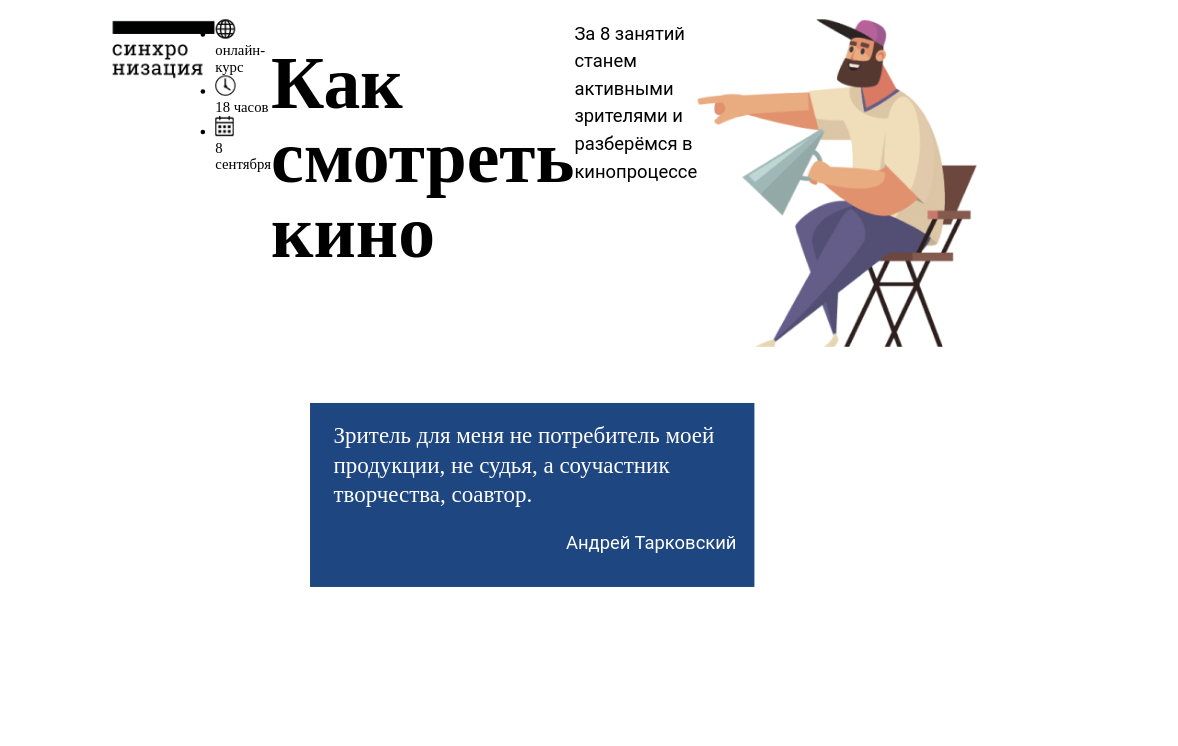
Repository: PoladEziz/Task-8
Page: index.html
These files come from the project's save history. The page is drawn as it stood at one moment and after a run of saves; the edit follows.
The browser window is 1280 px wide. The pictures show the whole page, at 92% of full size.

Above is the page before, as saved 2023-05-25 16:23:22.

### index.html
<!DOCTYPE html>
<html lang="en">

<head>
    <meta charset="UTF-8">
    <meta http-equiv="X-UA-Compatible" content="IE=edge">
    <meta name="viewport" content="width=device-width, initial-scale=1.0">
    <title>Document</title>
    <link rel="stylesheet" href="index.css">
</head>

<body>
    <div class="main">
        <div class="top">
            <img class="logo" src="logo_mobile_black 1.png" alt="Logo photo">
            <ul>
                <li><img src="globe.png" alt=""><p>онлайн-курс</p></li>
                <li><img src="img_135744.png" alt=""><p>18 часов </p></li>
                <li><img src="calendar_2.png" alt=""><p>8 сентября</p></li>
            </ul>
            <div class="collaj">
                <div class="text-container">

                </div>
            </div>
            <h1>Как смотреть кино</h1>
            <p class="text">За 8 занятий станем активными зрителями
                и разберёмся в кинопроцессе</p>

            <img src="noroot 1.png" alt="Photo">

        </div>

        <div class="bot">
            <div class="box">
                <p>Зритель для меня
                    не потребитель моей продукции, не судья, а соучастник творчества, соавтор. </p>
                <h1>Андрей Тарковский</h1>
            </div>
        </div>
    </div>
</body>

</html>

### index.css
* {
  padding: 0;
  margin: 0;
  box-sizing: border-box;
}

.main {
  width: 100%;
  min-height: 100vh;
  padding: 21px 246px 173px 122px;
  display: flex;
  flex-direction: column;
}

.top {
  width: 100%;
  display: flex;
  justify-content: space-between;
}

.bot {
  width: 100%;
  display: flex;
  justify-content: center;
  margin-top: 61px;
}

.box {
  width: 483px;
  height: 200px;
  background-color: #1e4681;
  padding: 19px 19px 26px 26px;
}

.box p {
  font-family: "Roboto Slab";
  font-style: normal;
  font-weight: 400;
  font-size: 25px;
  line-height: 130%;
  color: white;
}

.box h1 {
  font-family: "Roboto";
  font-style: normal;
  font-weight: 400;
  font-size: 20px;
  line-height: 130%;
  text-align: right;
  margin-top: 22px;
  color: white;
}

.box1 ul li {
  list-style-type: none;
  font-family: "Roboto";
  font-style: normal;
  font-weight: 400;
  font-size: 20px;
  line-height: 115%;
  display: flex;
  margin-right: 39px;
}

.logo {
  margin-bottom: 97px;
  width: 112px;
  height: 66px;
}

.box1 ul {
  display: flex;
  align-items: center;
}

.box1 ul li p {
  margin-left: 8px;
}

.top h1 {
  font-family: "Roboto Slab";
  font-style: normal;
  font-weight: 700;
  font-size: 80px;
  line-height: 101.38%;
  width: 567px;
  margin-top: 29px;
  margin-bottom: 26px;
}

.text {
  font-family: "Roboto";
  font-style: normal;
  font-weight: 400;
  font-size: 20px;
  line-height: 150%;
  width: 414px;
}

After the next 4 saves:
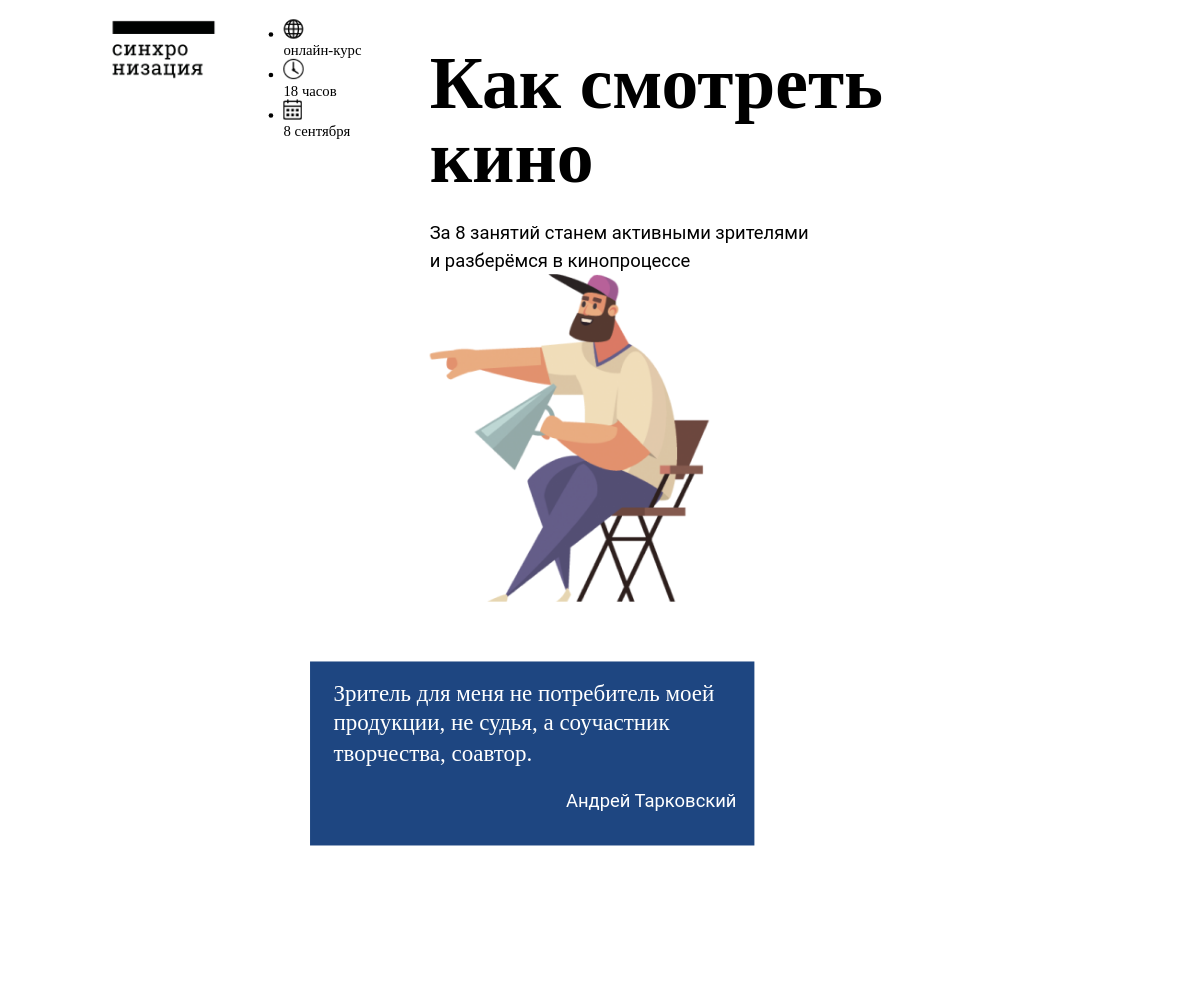
The 4 saves are shown as one change because they came seconds apart.
The last was saved 10 s later.
--- a/index.html
+++ b/index.html
@@ -20,14 +20,15 @@
             </ul>
             <div class="collaj">
                 <div class="text-container">
+                    <h1>Как смотреть кино</h1>
+                    <p class="text">За 8 занятий станем активными зрителями
+                        и разберёмся в кинопроцессе</p>
 
                 </div>
+                <img src="noroot 1.png" alt="Photo">
+
             </div>
-            <h1>Как смотреть кино</h1>
-            <p class="text">За 8 занятий станем активными зрителями
-                и разберёмся в кинопроцессе</p>
 
-            <img src="noroot 1.png" alt="Photo">
 
         </div>
 
